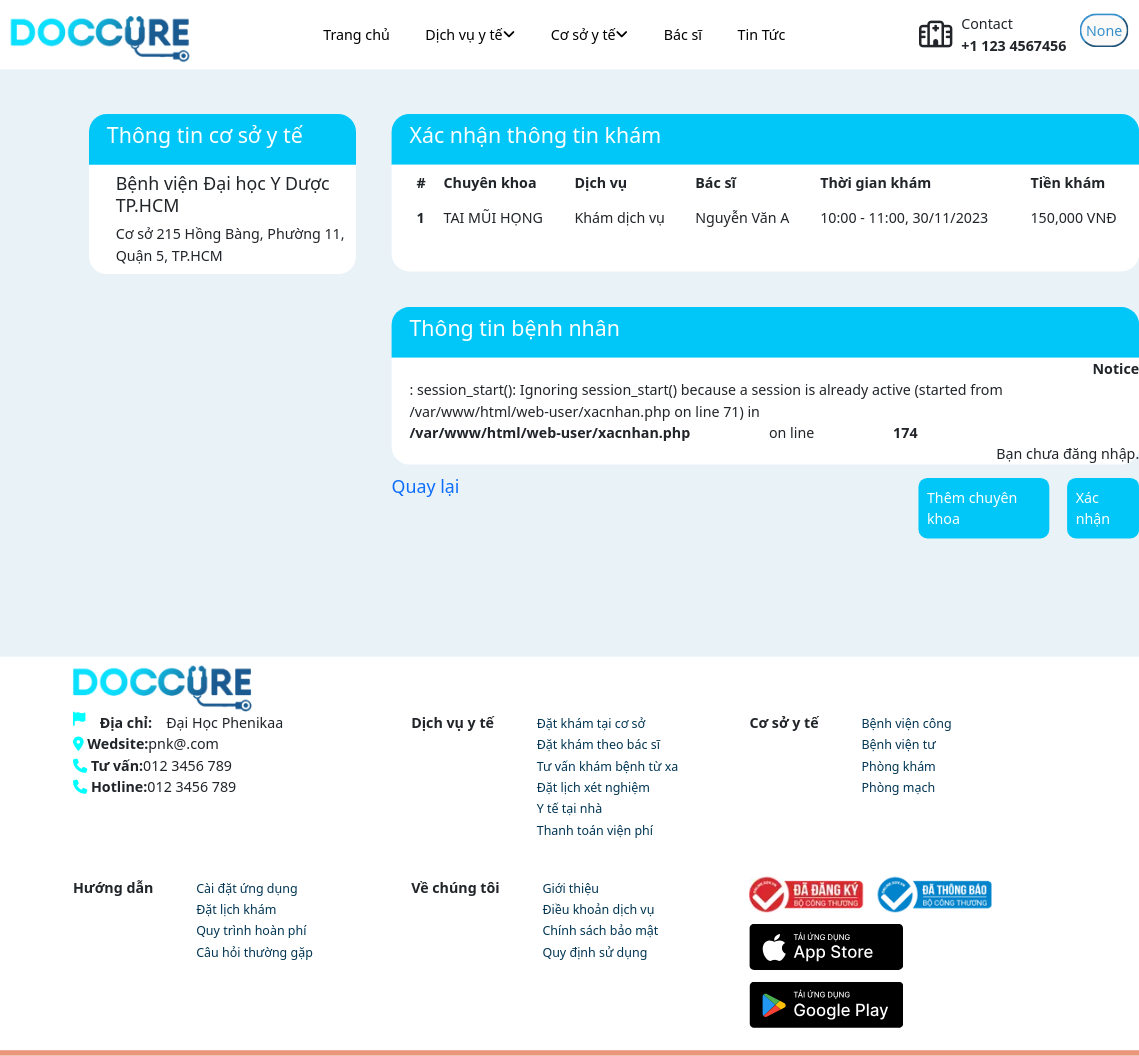
Repository: tuanminhh03/DACS-Complete
Page: http://localhost/web-user/xacnhan.php
The author's editor kept a copy of each file at every save. The page is drawn from the files as they stood at one save, then again after the next save.
The browser window is 1280 px wide. The pictures show the whole page, at 89% of full size.
The page is run by PHP 8.4 with error messages shown; the project is at /var/www/html/.

Above is the page before, as saved 2023-11-11 21:24:56.

### web-user/xacnhan.php
<!DOCTYPE html>
<html lang="en">

<head>
    <meta charset="UTF-8">
    <meta name="viewport" content="width=device-width, initial-scale=1.0">
    <link rel="icon" type="image/x-icon" href="./assest/img/icon_2.svg">
    <link rel="stylesheet" href="./assest/font/fontawesome-free-6.4.2-web/css/all.min.css">
    <link rel="stylesheet" href="./boostrap/bootstrap.min.css">
    <link rel="stylesheet" href="./assest/css/xacnhan.css">
    <title>Document</title>
</head>

<body>
    <!-- Header -->
    <header class="doccure_header">
        <div class="doccure_header-mid">
            <div class="container-fluid">
                <div class="navbar">
                    <div class="doccure_logo">
                        <div class="logo_wrap">
                            <a href="#" rel="home">
                                <img src="./assest/img/logo.png" alt="">
                            </a>
                        </div>
                    </div>
                    <ul id="menu_primary_menu" class="navbar-nav">
                        <li class="menu_item">
                            <a href="./index.php">Trang chủ</a>
                        </li>
                        <li class="menu_item">
                            <a href="./service.php">Dịch vụ y tế<i class="fa-solid fa-angle-down"></i></a>
                            <div class="subnav" style="width: 160px;">
                                <a href="./service.php">Đặt khám tại cơ sở</a>
                                <a href="./service2.php">Đặt khám theo bác sĩ</a>
                                <a href="">Tư vấn khám bệnh từ xa</a>
                                <a href="./service3.php">Đặt lịch xét nghiệm</a>
                                <a href="#">Y tế tại nhà</a>
                            </div>
                        </li>
                        <li class="menu_item">
                            <a href="./medical.php">Cơ sở y tế<i class="fa-solid fa-angle-down"></i></a>
                            <div class="subnav" style="width: 160px;">
                                <a href="#">Bệnh viện công</a>
                                <a href="#">Bệnh viện tư </a>
                                <a href="#">Phòng khám </a>
                                <a href="#">Phònh mạch</a>
                            </div>
                        </li>
                        <li class="menu_item">
                            <a href="./doctor.php">Bác sĩ</a>
                        </li>
                        <li class="menu_item">
                            <a href="./news.php">Tin Tức</a>
                        </li>
                    </ul>
                    <div class="doccure_info">
                        <div class="nav-item d-flex">
                            <div class="headder-contact-img pt-2">
                                <i class="fa-regular fa-hospital" style="font-size: 30px;"></i>
                            </div>
                            <div class="header_contact_detail">
                                <p class="conact_header">Contact</p>
                                <p class="contact_info_header"><b>+1 123 4567456</b></p>
                            </div>
                            <div class="style_user">
                                <button class="user">
                                    <?php
                                    if (session_status() == PHP_SESSION_NONE) {
                                        // Nếu session chưa được start, start nó
                                        session_start();
                                    }

                                    if (isset($_SESSION["username"])) {
                                        $servername = "localhost";
                                        $username = "root";
                                        $password = "";
                                        $database = "dacs";

                                        $conn = new mysqli($servername, $username, $password, $database);

                                        if ($conn->connect_error) {
                                            die("Connection failed: " . $conn->connect_error);
                                        }

                                        $username = $_SESSION["username"];
                                        $query = "SELECT hoTen FROM taikhoannguoidung WHERE tknguoidung = ?";
                                        $stmt = $conn->prepare($query);
                                        $stmt->bind_param("s", $username);
                                        $stmt->execute();
                                        $stmt->bind_result($hoTen);
                                        $stmt->fetch();
                                        $stmt->close();
                                        $conn->close();

                                        if (!empty($hoTen)) {
                                            echo $hoTen;
                                        } else {
                                            echo $_SESSION["username"];
                                        }
                                    } else {
                                        echo "None";
                                    }
                                    ?>
                                </button>
                                <div class="subnav">
                                    <a href="./hosobenhnhan.php"><i class="fa-solid fa-address-card"
                                            style="margin-right: 15px;"></i>Hồ Sơ Bệnh Nhân</a>
                                    <a href="./xacnhan.php"><i class="fa-solid fa-calendar-days"
                                            style="margin-right: 15px;"></i>Lịch Khám Bệnh</a>
                                    <a href="#"><i class="fa-solid fa-bell" style="margin-right: 15px;"></i>Thông
                                        báo</a>
                                    <a href="./updatehosobenhan.php"><i class="fa-solid fa-pen-to-square"
                                            style="margin-right: 15px;"></i>Cập nhập hồ sơ</a>
                                    <a href="../web/index.html" style="color: #e10e0e;"><i
                                            class="fa-solid fa-right-from-bracket"
                                            style="color: #e10e0e;margin-right: 15px;"></i>Đăng xuất</a>
                                </div>
                            </div>
                        </div>
                    </div>
                </div>
            </div>
        </div>
    </header>

    <div class="all1">
        <div style="display: flex;">
            <div class="left">
                <div class="left1">
                    <h4>Thông tin cơ sở y tế</h4>
                </div>
                <div class="left2">
                    <h5>Bệnh viện Đại học Y Dược TP.HCM</h5>
                    <p>Cơ sở 215 Hồng Bàng, Phường 11, Quận 5, TP.HCM</p>
                </div>
            </div>
        </div>
        <div style="display: block;">
            <div class="right">
                <div class="right1">
                    <div class="right11">
                        <h4>Xác nhận thông tin khám</h4>
                    </div>
                    <div class="right12">
                        <table>
                            <tr>
                                <th>#</th>
                                <th>Chuyên khoa</th>
                                <th>Dịch vụ</th>
                                <th>Bác sĩ</th>
                                <th>Thời gian khám</th>
                                <th>Tiền khám</th>
                            </tr>
                            <tr>
                                <td><b>1</b></td>
                                <td>TAI MŨI HỌNG</td>
                                <td>Khám dịch vụ</td>
                                <td>Nguyễn Văn A</td>
                                <td>10:00 - 11:00, 30/11/2023</td>
                                <td>150,000 VNĐ</td>
                            </tr>
                        </table>
                    </div>
                </div>
                <div class="right2">
                    <div class="right21">
                        <h4>Thông tin bệnh nhân</h4>
                    </div>
                    <div class="right22">
                        <div class="patient-info">

                            <?php
                            session_start();

                            if (isset($_SESSION["username"])) {
                                $servername = "localhost";
                                $username = "root";
                                $password = "";
                                $database = "dacs"; // Thay "ten_cua_database" bằng tên thực tế của cơ sở dữ liệu

                                $conn = new mysqli($servername, $username, $password, $database);

                                if ($conn->connect_error) {
                                    die("Connection failed: " . $conn->connect_error);
                                }

                                $username = $_SESSION["username"];

                                // Truy vấn dữ liệu từ cơ sở dữ liệu (ví dụ: lấy thông tin người dùng)
                                $query = "SELECT * FROM taikhoannguoidung WHERE username = ?";
                                $stmt = $conn->prepare($query);
                                $stmt->bind_param("s", $username);
                                $stmt->execute();
                                $result = $stmt->get_result();

                                // Hiển thị dữ liệu trong HTML
                                echo '<div class="right22">';
                                echo '<div class="patient-info">';

                                while ($row = $result->fetch_assoc()) {
                                    echo '<div class="patient-info-item">';
                                    echo '<p>Họ tên: ' . $row['hoTen'] . '</p>';
                                    echo '<p>Ngày sinh: ' . $row['ngaySinh'] . '</p>';
                                    echo '<p>Email: ' . $row['email'] . '</p>';
                                    echo '<p>Mã số BHYT: ' . $row['maSoBHYT'] . '</p>';
                                    echo '</div>';

                                    echo '<div class="patient-info-item">';
                                    echo '<p>Giới tính: ' . $row['gioiTinh'] . '</p>';
                                    echo '<p>CMND: ' . $row['soCMND'] . '</p>';
                                    echo '<p>Dân tộc: ' . $row['danToc'] . '</p>';
                                    echo '<p>Địa chỉ: ' . $row['diaChi'] . '</p>';
                                    echo '</div>';
                                }

                                echo '</div>';
                                echo '</div>';

                                $stmt->close();
                                $conn->close();
                            } else {
                                echo "Bạn chưa đăng nhập.";
                            }
                            ?>

                        </div>
                    </div>
                    <div style="display: flex;">
                        <div class="right3">
                            <a href="./index.php" style=" text-decoration: none; ">
                                <p style="font-size: 20px;">Quay lại</p>
                            </a>
                        </div>
                        <div class="right4">
                            <div class="right41">
                                <a href="" style=" text-decoration: none;color: white; ">Thêm chuyên khoa</a>
                            </div>
                            <div class="right42">
                                <a href="./index.php" style=" text-decoration: none; color: white;">Xác nhận</a>
                            </div>
                        </div>
                    </div>
                </div>
            </div>
        </div>
    </div>

    <!-- FOOTER -->
    <div class="inline"></div>
    <div class="doccure-footer">
        <div class="container">
            <div class="footer-content">
                <div class="footer-system">
                    <img src="./assest/img/logo.png" alt="">
                    <div class="row">
                        <div class="col-4">
                            <div class="doccure-address-block">
                                <div class="doccure-address-title">
                                    <i class="fas fa-flag" style="color: aqua;"></i>
                                    <strong>Địa chỉ:</strong>Đại Học Phenikaa
                                </div>
                                <div class="doccure-address">
                                    <i class="fas fa-map-marker-alt" style="color: aqua;"></i>
                                    <strong>Wedsite:</strong>pnk@.com
                                </div>
                                <div class="doccure-address-hotline">
                                    <i class="fas fa-phone" style="color: aqua;"></i>
                                    <strong>Tư vấn:</strong>012 3456 789
                                    <br>
                                    <i class="fas fa-phone" style="color: aqua;"></i>
                                    <strong>Hotline:</strong>012 3456 789
                                </div>
                            </div>
                        </div>
                        <div class="col-4">
                            <div class="doccure-address-block">
                                <div class="doccure-address-title">
                                    <strong>Dịch vụ y tế</strong>
                                    <ul>
                                        <li><a href="#">Đặt khám tại cơ sở</a></li>
                                        <li><a href="#">Đặt khám theo bác sĩ</a></li>
                                        <li><a href="#">Tư vấn khám bệnh từ xa</a></li>
                                        <li><a href="#">Đặt lịch xét nghiệm</a></li>
                                        <li><a href="#">Y tế tại nhà</a></li>
                                        <li><a href="#">Thanh toán viện phí</a></li>
                                    </ul>
                                </div>
                            </div>
                        </div>
                        <div class="col-4">
                            <div class="doccure-address-block">
                                <div class="doccure-address-title">
                                    <strong>Cơ sở y tế</strong>
                                    <ul>
                                        <li><a href="#">Bệnh viện công</a></li>
                                        <li><a href="#">Bệnh viện tư</a></li>
                                        <li><a href="#">Phòng khám</a></li>
                                        <li><a href="#">Phòng mạch</a></li>
                                    </ul>
                                </div>
                            </div>
                        </div>
                        <div class="col-4">
                            <div class="doccure-address-block">
                                <div class="doccure-address-title">
                                    <strong>Hướng dẫn</strong>
                                    <ul>
                                        <li><a href="#">Cài đặt ứng dụng</a></li>
                                        <li><a href="#">Đặt lịch khám</a></li>
                                        <li><a href="#">Quy trình hoàn phí</a></li>
                                        <li><a href="#">Câu hỏi thường gặp</a></li>
                                    </ul>
                                </div>
                            </div>
                        </div>
                        <div class="col-4">
                            <div class="doccure-address-block">
                                <div class="doccure-address-title">
                                    <strong>Về chúng tôi</strong>
                                    <ul>
                                        <li><a href="#">Giới thiệu</a></li>
                                        <li><a href="#">Điều khoản dịch vụ</a></li>
                                        <li><a href="#">Chính sách bảo mật</a></li>
                                        <li><a href="#">Quy định sử dụng</a></li>
                                    </ul>
                                </div>
                            </div>
                        </div>
                        <div class="col-4">
                            <div class="doccure-address-block">
                                <div class="doccure-address-title">
                                    <a href=""><img src="./assest/img/img_ft1.webp" alt=""></a>
                                    <a href=""><img src="./assest/img/img_ft2.png" alt=""></a>
                                    <a href=""><img src="./assest/img/img_ft3.svg" alt=""></a>
                                    <a href=""><img src="./assest/img/img_ft4.svg" alt=""></a>
                                </div>
                            </div>
                        </div>
                    </div>
                </div>
                <div class="footer-copyright"></div>
            </div>
        </div>
    </div>
    <footer>

    </footer>
    <script src="./boostrap/bootstrap.min.js"></script>
    <script src="./jquery/code.jquery.com_jquery-3.7.1.min.js"></script>
</body>

</html>

Loaded but not shown: web-user/assest/font/fontawesome-free-6.4.2-web/css/all.min.css (library); web-user/boostrap/bootstrap.min.css (library); web-user/boostrap/bootstrap.min.js (library); web-user/jquery/code.jquery.com_jquery-3.7.1.min.js (library); web-user/assest/img/img_ft4.svg (9 lines, source omitted); web-user/assest/img/img_ft3.svg (6 lines, source omitted); web-user/assest/css/xacnhan.css (394 lines, source omitted)

After the next save:
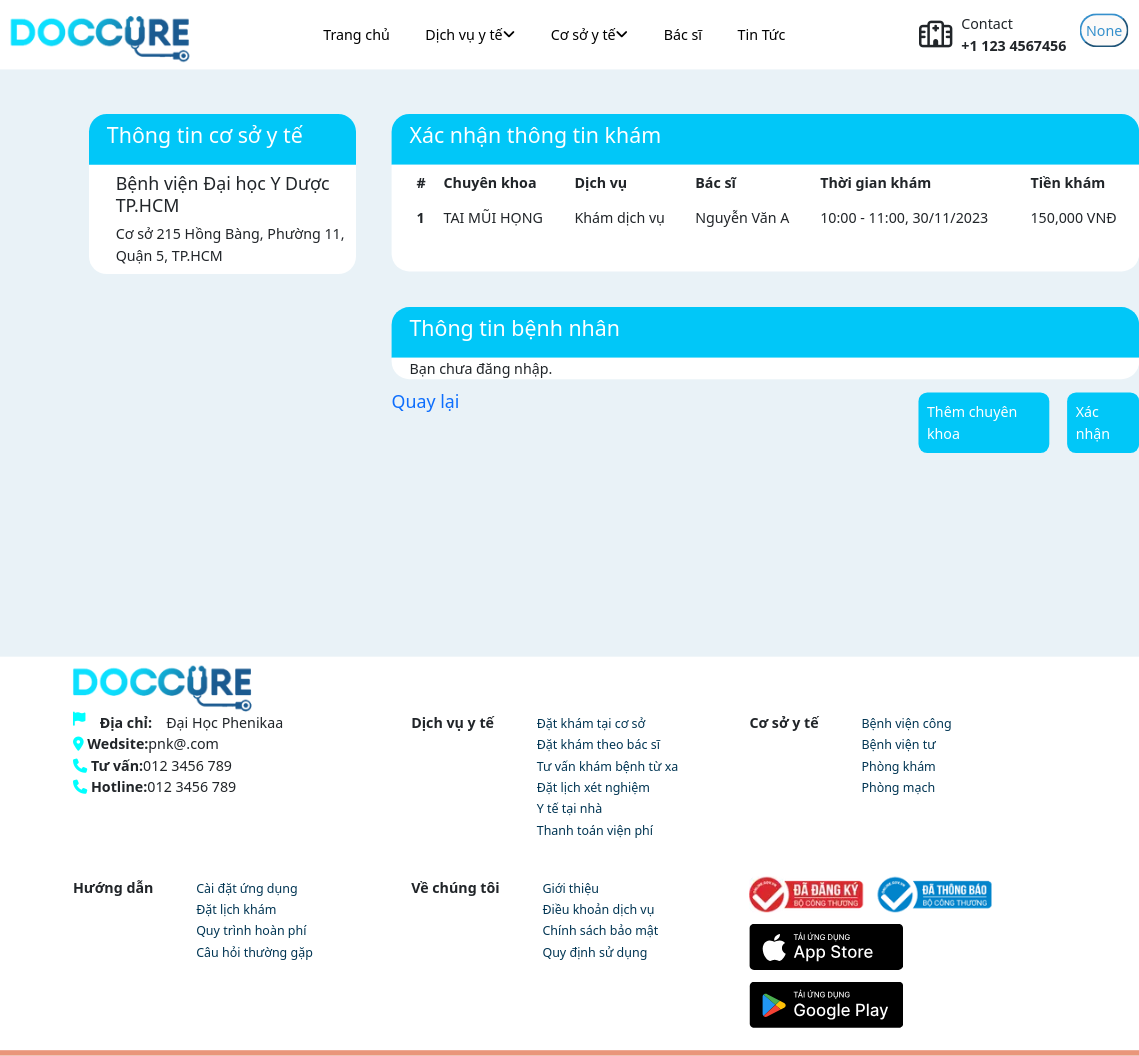
Saved 35 s later.
--- a/web-user/xacnhan.php
+++ b/web-user/xacnhan.php
@@ -171,7 +171,10 @@
                         <div class="patient-info">
 
                             <?php
-                            session_start();
+                            if (session_status() == PHP_SESSION_NONE) {
+                                // Nếu session chưa được start, start nó
+                                session_start();
+                            }
 
                             if (isset($_SESSION["username"])) {
                                 $servername = "localhost";
